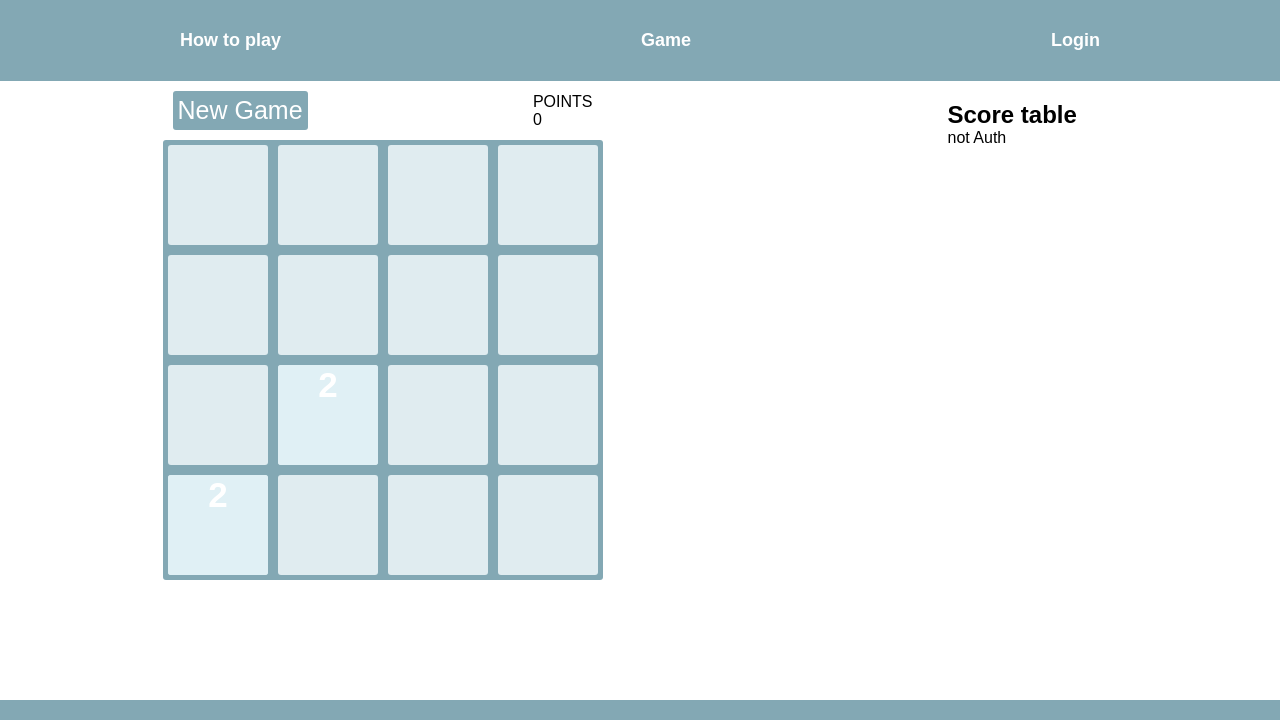
Repository: nika-otter/2048
Page: / (app in client/)
These files come from the project's save history. The page is drawn as it stood at one moment and after the next save; the edit follows.
The browser window is 1280 px wide. The pictures show the whole page.
The project was rebuilt for these pictures with package versions that can differ from the ones it lists, and the page was loaded fresh each time. Also part of the build but not shown: client/src/components/Login/LoginForm.js, client/src/pages/account/index.jsx, client/src/components/Game/GameOverlay.jsx, client/src/components/InstructionPage/InstructionPage.module.scss, client/src/components/HowToPlay/howtoplay.module.scss, client/src/components/HowToPlay/howtoplay.jsx, client/src/components/InstructionPage/InstructionPage.jsx, client/src/pages/Instruction/index.jsx and 4 more.

Above is the page before, as saved 2023-05-01 19:27:45.

### client/src/index.js
import React from "react";
import ReactDOM from "react-dom/client";
import "./index.css";
import App from "./App";
import { BrowserRouter } from "react-router-dom";
import Store from "./store/store";

const store = new Store();

export const Context = React.createContext({
  store,
});

const root = ReactDOM.createRoot(document.getElementById("root"));
root.render(
  <Context.Provider value={{ store }}>
    <BrowserRouter>
      <App />
    </BrowserRouter>
  </Context.Provider>
);

### client/src/index.css
* {
  box-sizing: border-box;
  margin: 0;
  padding: 0;
}
#root {
  width: 100vw;
  height: 100%;
}

body {
  /* background-color: #ffffff;
  display: flex;
  justify-content: center;
  align-items: center;*/
  /* height: 100vh; */
  height: 100%;
}
html {
  height: 100%;
}
code {
  font-family: source-code-pro, Menlo, Monaco, Consolas, "Courier New",
    monospace;
}

### client/src/App.js
import { useContext, useEffect, useState } from "react";
import "./App.css";
import LoginForm from "./components/Login/LoginForm";
import AppRouter from "./router/AppRouter";
import { Context } from "./index";
import { observer } from "mobx-react-lite";
import UserService from "./services/UserService";
function App() {
  // const { store } = useContext(Context);
  // const [users, setUsers] = useState([]);
  // useEffect(() => {
  //   if (localStorage.getItem("token")) {
  //     // console.log(localStorage.getItem("token"));
  //     store.checkAuth();
  //   }
  // }, []);

  // if (store.isLoading) {
  //   return <div>Loading...</div>;
  // }
  // async function getUsers() {
  //   try {
  //     const response = await UserService.fetchUsers();
  //     setUsers(response.data);
  //     console.log(response);
  //     setUsers(response.data);
  //   } catch {}
  // }
  return (
    <div className="App">
      <AppRouter />
      {/* <h1>{store.isAuth ? `User: ${store.user.email}` : "Not Auth"}</h1>
      <h1>
        {" "}
        {store.user.isActivated ? `Activated` : "Go and activate your email"}
      </h1>
      <button onClick={() => store.logout()}>Logout</button>
      <button onClick={getUsers}>Get users</button>
      {users.map((user) => (
        <div key={user.email}>{user.email}</div>
      ))}      */}
      {/* <LoginForm /> */}
    </div>
  );
}

export default observer(App);

### client/src/store/store.js
import { makeAutoObservable } from "mobx";
import AuthService from "../services/AuthService";
import axios from "axios";
import { API_URL } from "../http";
import UserService from "../services/UserService";

export default class Store {
  user = {};
  isAuth = false;
  isLoading = false;
  scores = {};
  constructor() {
    makeAutoObservable(this);
  }
  setAuth(bool) {
    this.isAuth = bool;
  }
  setUser(user) {
    this.user = user;
  }

  setLoading(bool) {
    this.isLoading = bool;
  }

  setScores(scores) {
    this.scores = scores;
  }

  async login(email, password) {
    console.log("login");
    try {
      const response = await AuthService.login(email, password);
      console.log(response);
      localStorage.setItem("token", response.data.accessToken);
      this.setAuth(true);
      this.setUser(response.data.user);
      console.log(response.data.user);
    } catch (e) {
      console.log(e.response?.data?.message);
    }
  }

  async registration(email, password) {
    try {
      const response = await AuthService.registration(email, password);
      console.log(response);
      localStorage.setItem("token", response.data.accessToken);
      this.setAuth(true);
      this.setUser(response.data.user);
    } catch (e) {
      console.log(e.response?.data?.message);
    }
  }

  async logout() {
    try {
      const response = await AuthService.logout();
      console.log(response);
      localStorage.removeItem("token", response.data.accessToken);
      this.setAuth(false);
      this.setUser({});
    } catch (e) {
      console.log(e.response?.data?.message);
    }
  }

  async checkAuth() {
    console.log("checkAuth");
    this.setLoading(true);
    try {
      const response = await axios.get(`${API_URL}/refresh`, {
        withCredentials: true,
      });
      console.log(response, "response checkAuth");
      console.log(
        response.data.accessToken,
        "response.data.accessToken checkAuth"
      );
      localStorage.setItem("token", response.data.accessToken);

      this.setAuth(true);
      this.setUser(response.data.user);
    } catch (e) {
      console.log(e.response?.data?.message);
    } finally {
      this.setLoading(false);
    }
  }

  async saveScore(email, score) {
    try {
      const response = await UserService.updateScore(email, score);
      //   this.scores = response.data.user.scores;
      console.log(response.data.user.scores);
    } catch (e) {
      console.log(e.response?.data?.message);
    }
  }
  async getScores(email) {
    this.setLoading(true);
    try {
      const response = await UserService.getScores(email);
      console.log(response, "response getScores store");
      this.setScores(response.data.user.scores);
      //   console.log(response.data.user.scores);
    } catch (e) {
      console.log(e.response?.data?.message);
    } finally {
      // this.setLoading(false);
    }
  }
}

### client/src/App.css
.App {
  /* position: relative; */
  display: flex;
  flex-direction: column;
  height: 100%;
  /* background-color: rgb(188, 121, 39); */
}
/* main {
  flex: 1 0 auto;
} */

### client/src/router/AppRouter.jsx
import { Routes, Route } from "react-router-dom";
import Account from "../pages/Account";
import Game from "../pages/Game";
import Instruction from "../pages/Instruction";
import Login from "../pages/Login";

const AppRouter = () => {
  return (
    <Routes>
      {/* <Route path="/game" element={<Game />} /> */}
      {/* <Route path="/account" element={<Account />} /> */}
      <Route path="/how-to-play" element={<Instruction />} />
      <Route path="/" element={<Game />} />
      <Route path="/login" element={<Login />} />
    </Routes>
  );
};

export default AppRouter;

### client/src/services/UserService.js
import $api from "../http";
export default class UserService {
  static fetchUsers() {
    return $api.get("/users");
  }

  static updateScore(email, score) {
    return $api.post(`/score`, { email, score });
  }

  static async getScores(email) {
    return $api.post(`/scores`, { email });
  }
}

### client/src/services/AuthService.js
import $api from "../http";
export default class AuthService {
  static async login(email, password) {
    return $api.post("/login", { email, password });
  }
  static async registration(email, password) {
    return $api.post("/registration", { email, password });
  }
  static async logout() {
    return $api.post("/logout");
  }
}

### client/src/http/index.js
import axios from "axios";

export const API_URL = "http://localhost:5000/api";

const $api = axios.create({
  withCredentials: true,
  baseURL: API_URL,
});

$api.interceptors.request.use((config) => {
  config.headers.Authorization = `Bearer ${localStorage.getItem("token")}`;
  return config;
});

$api.interceptors.response.use(
  (config) => {
    return config;
  },
  async (error) => {
    const originalRequest = error.config;
    if (
      error.response.status === 401 &&
      error.config &&
      !error.config._isRetry
    ) {
      originalRequest._isRetry = true;
      try {
        const response = await axios.get(`${API_URL}/refresh`, {
          withCredentials: true,
        });
        console.log(response, "response http");
        localStorage.setItem("token", response.data.accessToken);
        return $api.request(originalRequest);
      } catch (e) {
        console.log(e);
        console.log("НЕ АВТОРИЗОВАН");
      }
    }
    throw error;
  }
);
export default $api;

### client/src/pages/Game/index.jsx
import Header from "../../components/Header/Header";
import Footer from "../../components/Footer/Footer";
import GamePage from "../../components/GamePage/GamePage";

function Game() {
  return (
    <>
      <Header />
      <GamePage />
      <Footer />
    </>
  );
}

export default Game;

### client/src/components/Footer/Footer.jsx
import classes from "./Footer.module.scss";

function Footer() {
  return <footer className={classes.footer}></footer>;
}

export default Footer;

### client/src/components/Header/Header.jsx
import { Link } from "react-router-dom";
import classes from "./Header.module.scss";

function Header() {
  return (
    <header className={classes.header}>
      <Link className={classes.link} to="/how-to-play">
        How to play
      </Link>
      <Link className={classes.link} to="/">
        Game
      </Link>
      <Link className={classes.link} to="/login">
        Login
      </Link>
    </header>
  );
}

export default Header;

### client/src/components/GamePage/GamePage.jsx
import { Link } from "react-router-dom";
import classes from "./GamePage.module.scss";
import ScoreTable from "../ScoreTable/ScoreTable";
import BoardView from "../Game/Board";
import { observer } from "mobx-react-lite";
import { useContext, useEffect } from "react";
import { Context } from "../..";

function GamePage() {
  return (
    <main className={classes.main}>
      <div className={classes.gamepage}>
        <BoardView />
        <ScoreTable />
      </div>
    </main>
  );
}

export default observer(GamePage);

### client/src/components/Footer/Footer.module.scss
.footer {
  flex: 0 0 auto;
  height: 20px;
  background-color: rgb(131, 168, 180);
  width: 100%;
}

### client/src/components/Header/Header.module.scss
.header {
  display: flex;
  justify-content: space-around;
  background-color: #83a8b4;
  width: 100%;
}
.link {
  color: white;
  text-decoration: none;
  font-size: large;
  margin-top: 20px;
  margin-bottom: 20px;
  padding: 10px;
  font-weight: bold;
  border-radius: 5px;
  &:hover {
    color: rgb(106, 134, 144);
    background-color: rgb(255, 255, 255);
  }
}

### client/src/components/GamePage/GamePage.module.scss
.gamepage {
  display: flex;
  justify-content: space-around;
  //   background-color: aquamarine;
}
.main {
  flex: 1 0 auto;
}

### client/src/components/ScoreTable/ScoreTable.jsx
import { useContext, useEffect, useState } from "react";
import classes from "./ScoreTable.module.scss";
import { Context } from "../..";
import UserService from "../../services/UserService";
import { observer } from "mobx-react-lite";

function ScoreTable() {
  // const { store } = useContext(Context);
  // const [scores, setScores] = useState([]);

  // useEffect(() => {
  //   if (localStorage.getItem("token")) {
  //     console.log(localStorage.getItem("token"), "token from login index.jsx");
  //     store.checkAuth();
  //     getScores(store.user.email);
  //   }
  //   console.log(store.user.email, "store.user.email in ScoreTable.jsx");
  // }, []);

  // const getScores = async (email) => {
  //   console.log(email, "email in ScoreTable.jsx");
  //   try {
  //     const response = await UserService.getScores(email);
  //     setScores(response.data.scores, "response from getScores ScoreTable.jsx");
  //     console.log(response);
  //   } catch {
  //     console.log("Error");
  //   }
  // };
  // console.log(scores, "store.user in ScoreTable.jsx");

  const { store } = useContext(Context);
  // const [scores, setScores] = useState([]);
  // console.log(store.user.scores, "store.user from login index.jsx");
  useEffect(() => {
    if (localStorage.getItem("token")) {
      console.log(localStorage.getItem("token"), "token from login index.jsx");
      store.checkAuth();
    }
    console.log(store.user.email, "store.user.email in ScoreTable.jsx");
    // getScores(store.user.email);
  }, [store]);

  // async function getScores(email) {
  //   console.log(email, "email from getScores");
  //   try {
  //     const response = await UserService.getScores(email);
  //     // setUsers(response.data);
  //     console.log(response, "response from getScores");
  //     // console.log(response.data.data.user.scores, "response.data.user.scores");
  //     // setScores(response.data.scores);
  //   } catch (e) {
  //     console.log(e, "Error");
  //   }
  // }
  if (store.isLoading) {
    console.log(store.isLoading, "store.isLoading");
    return <div className={classes.loading}>Loading...</div>;
  }
  return (
    <div className={classes.scoretable}>
      <h2>Score table</h2>
      {/* <button onClick={() => getScores(store.user.email)}>Get scores</button> */}
      {/* {store.isAuth ? (
        scores.map((score) => <div key={score}>{score}</div>)
      ) : (
        <div>loading</div>
      )} */}
      <ul>
        {store.isAuth ? (
          store.user.scores
            .map((score) => ({
              score,
              id: Math.random(),
            }))
            .sort((a, b) => b.score - a.score)
            .slice(0, 10)
            .map((item) => <li key={item.id}>{item.score}</li>)
        ) : (
          <div>not Auth</div>
        )}
      </ul>

      {/* <button onClick={getScores}>dddmdmd</button> */}

      {/* {scores.map((score) => (
        <div>{score}</div>
      ))} */}
    </div>
  );
}

export default observer(ScoreTable);

### client/src/components/Game/Board.jsx
import React, { useContext, useEffect, useState } from "react";
import Tile from "./Tile";
import Cell from "./Cell";
import { Board } from "../../helper";
import useEvent from "../../hooks/useEvent";
import GameOverlay from "./GameOverlay";
import "./Board.scss";
import { Context } from "../..";
import UserService from "../../services/UserService";
const BoardView = () => {
  const { store } = useContext(Context);
  const [board, setBoard] = useState(new Board());

  // useEffect(() => {
  //   const checkAuth = async () => {
  //     if (localStorage.getItem("token")) {
  //       console.log(localStorage.getItem("token"), "token from login index.jsx");
  //       await store.checkAuth();
  //     }
  //   };
  //   checkAuth();
  //   console.log(store.user.email, "store.user.email in ScoreTable.jsx");
  //   // getScores(store.user.email);
  // }, [resetGame]);

  const handleKeyDown = (event) => {
    if (board.hasWon()) {
      console.log("You won!");
      return;
    } //потім вернути треба

    if (event.keyCode >= 37 && event.keyCode <= 40) {
      let direction = event.keyCode - 37;
      let boardClone = Object.assign(Object.create(board), board);
      // let boardClone = Object.assign(
      //   Object.create(Object.getPrototypeOf(board)),
      //   board
      // ); // теж саме що і вище
      let newBoard = boardClone.move(direction);
      setBoard(newBoard);
    }
  };

  useEvent("keydown", handleKeyDown);

  const cells = board.cells.map((row, rowIndex) => {
    return (
      <div key={rowIndex}>
        {row.map((col, colIndex) => {
          return <Cell key={rowIndex * board.size + colIndex} />;
        })}
      </div>
    );
  }); //робить клітинки нічого серйозного

  const tiles = board.tiles
    .filter((tile) => tile.value !== 0)
    .map((tile, index) => {
      return <Tile tile={tile} key={index} />;
    });

  const saveScore = async (email, score) => {
    try {
      const response = await UserService.updateScore(email, score);
      console.log(response, "response from saveScore ");
    } catch {
      console.log("Error");
    }
  };
  const resetGame = async () => {
    console.log(
      store.user.email,
      board.score,
      "store.user.email board.score from BoardView.jsx"
    );
    if (board.score > 0) {
      await saveScore(store.user.email, board.score);
      store.checkAuth();
    }
    setBoard(new Board());
  };

  return (
    <div>
      <div className="details-box">
        <div className="resetButton" onClick={resetGame}>
          New Game
        </div>
        <div className="score-box">
          <div className="score-header">POINTS</div>
          <div>{board.score}</div>
        </div>
      </div>
      <div className="board">
        {cells}
        {tiles}
        <GameOverlay onRestart={resetGame} board={board} />
      </div>
    </div>
  );
};

export default BoardView;

### client/src/components/ScoreTable/ScoreTable.module.scss
.scoretable {
  margin: 20px;
  width: 150px;
}
.loading {
  width: 150px;
  margin: 20px;
}

### client/src/components/Game/Tile.jsx
import React from "react";
// import classes from "./Board.scss";
import "./Board.scss";
// import "./styles.scss";

const Tile = ({ tile, id }) => {
  console.log("tile");
  let classArray = ["tile"];
  classArray.push("tile" + tile.value);
  if (!tile.mergedInto) {
    classArray.push(`position_${tile.row}_${tile.column}`);
  }
  if (tile.mergedInto) {
    classArray.push("merged");
  }
  if (tile.isNew()) {
    classArray.push("new");
  }

  if (tile.hasMoved()) {
    classArray.push(`row_from_${tile.fromRow()}_to_${tile.toRow()}`);
    classArray.push(`column_from_${tile.fromColumn()}_to_${tile.toColumn()}`);
    classArray.push("isMoving");
  }
  //   if (tile.isRandom()) {
  //     classArray.push("random");
  //   }

  let styles = classArray.join(" ");
  return <span className={styles}>{tile.value}</span>;
};

export default Tile;

### client/src/components/Game/Cell.jsx
import React from "react";

const Cell = ({ id }) => {
  return <span className="cell"></span>;
};

export default Cell;

### client/src/hooks/useEvent.jsx
import { useEffect } from "react";

export default function useEvent(event, handler, passive = false) {
  useEffect(() => {
    window.addEventListener(event, handler, passive);

    return function cleanUp() {
      window.removeEventListener(event, handler, passive);
    };
  });
}

### client/src/components/Game/Board.scss
// @font-face {
//   font-family: "Clear Sans";
//   src: url("../src/clear-sans.ttf") format("truetype");
// }

body {
  display: flex;
  //   background: rgb(2,0,36);
  // background: linear-gradient(90deg, rgba(2,0,36,1) 0%, rgba(87,64,124,1) 47%, rgba(0,212,255,1) 100%);
  //   color: white;
  // flex-direction: column;
  // justify-content: center;
  // align-content: center;
  // align-items: center;
  font-family: "Clear Sans", sans-serif;
  // font-size: 21px;
}

.text {
  // order: 2;
  // padding-top: 40px;
  // width: 440px;
  // font-weight: bold;
}
// main {
//   min-height: 90vh;
// }

// .wrapper {
//   display: flex;
//   flex-direction: column;
//   height: 100%;
// }
// .content {
//   flex: 1 0 auto;
// }
// .footer {
//   flex: 0 0 auto;
// }

.board {
  // order: 1;
  // display: inline-block;

  display: block;
  // justify-content: center;
  margin-left: auto;
  margin-right: auto;
  width: 440px;
  height: 440px;
  // padding: 5px; //вернути треба
  background-color: rgb(131, 168, 180);
  border-radius: 3px;
  // outline: none;
  position: relative;
}

// .board .cell,
// .tile {
//   // user-select: none;
//   // cursor: default;
// }

.details-box {
  display: flex;
  align-items: center;
  padding: 10px;
  justify-content: space-between;
}

.resetButton {
  background-color: rgb(131, 168, 180);
  color: rgb(255, 255, 255);
  cursor: pointer;
  font-size: 25px;
  padding: 5px;
  border-radius: 3px;
  transition: color 0.3s ease, background-color 0.3s ease;
  &:hover {
    background-color: rgb(131, 168, 180);
    color: rgba(255, 255, 255, 1);
  }
}

.score-header {
  font-size: 1rem;
}

.score-box {
  background-color: rgb(131, 168, 180) 6;
  color: rgb(0, 0, 0);
  // min-width: 50px;
  // width: 70px;
  // padding: 5px 15px;
  border-radius: 3px;
}

.cell,
.tile {
  // display: inline-block;
  width: 100px;
  height: 100px;
  margin: 5px;
  // line-height: 90px;
  display: inline-block;
  font-size: 35px;
  font-weight: bold;
  text-align: center;
  vertical-align: middle;
  border-radius: 3px;
  // font-family: "Clear Sans";
  color: rgb(255, 255, 255);
  background-color: rgb(224, 236, 240);
}

.tile0 {
  background-color: rgb(238, 247, 249);
}

.tile2 {
  background-color: rgb(224, 240, 245);
  // background-image: url(./assets/img/2.gif);
}

.tile4 {
  background-color: rgb(199, 221, 228);
  // background-image: url(./assets/img/4.gif);
}

.tile8 {
  background-color: rgb(187, 212, 220);
  // background-image: url(./assets/img/8.gif);
}

.tile16 {
  background-color: rgb(171, 195, 203);
  // background-image: url(./assets/img/16.gif);
}

.tile32 {
  background-color: rgb(140, 165, 174);
  // background-image: url(./assets/img/32.gif);
}

.tile64 {
  background-color: rgb(116, 144, 153);
  // background-image: url(./assets/img/64.gif);
}

.tile128 {
  background-color: rgb(98, 125, 134);
  // background-image: url(./assets/img/128.gif);
}

.tile256 {
  background-color: rgb(71, 91, 98);
  // background-image: url(./assets/img/256.gif);
  // font-size: 45px;
}

.tile512 {
  background-color: rgb(45, 68, 75);
  // background-image: url(./assets/img/512.gif);
  // font-size: 45px;
}

.tile1024 {
  background-color: rgb(40, 68, 78);
  // background-image: url(./assets/img/1024.gif);
  // font-size: 35px;
}

.tile2048 {
  position: absolute;
  background-size: contain;
  left: 0;
  right: 0;
  top: 0;
  bottom: 0;
  padding: 0px;
  background-color: rgb(12, 42, 52);
  // background-image: url(./assets/img/2048.gif);
  // font-size: 35px;
}

// .try-again {
//   z-index: 10;
//   height: 100px;
//   width: 100px;
//   // background-image: url(./assets/img/try-again.gif);
// }

.tile {
  position: absolute;
}

.tile.merged {
  display: none;
}

// .tile.merged.isMoving {
//   display: inline;
// }

.tile.new {
  animation-duration: 0.3s;
  animation-name: newTile;
  animation-fill-mode: forwards;
  // animation-delay: 0.15s;
  transform: scale(0);
}
// .tile.random {
//   animation-duration: 3s;
//   animation-name: newTile;
//   animation-fill-mode: forwards;
//   // animation-delay: 0.15s;
//   transform: scale(0);
// }

@keyframes newTile {
  from {
    transform: scale(0);
  }
  to {
    transform: scale(1);
  }
}

// .overlay {
//   position: absolute;
//   top: 0px;
//   bottom: 0px;
//   display: flex;
//   flex-direction: column;
//   align-items: center;
//   justify-content: center;
//   text-align: center;
//   left: 0px;
//   right: 0px;
//   font-size: 55px;
//   font-weight: bolder;
//   border-radius: 7px;
// }

// .tryAgain {
//   background-color: #876;
//   color: #fff;
//   height: 40px;
//   width: 200px;
//   font-size: 20px;
//   font-weight: bold;
//   cursor: pointer;
//   border: none;
//   border-radius: 5px;
//   border: 2px solid white;
// }

// .gameOver {
//   background-size: contain;
//   background-image: url(./assets/img/game-over.gif);
//   position: absolute;
//   top: 0;
//   right: 0;
//   bottom: 0;
//   left: 0;
//   z-index: 100;
//   text-align: center;
// }

.overlay .message {
  color: #666;
}

@for $row from 0 through 3 {
  @for $column from 0 through 3 {
    .position_#{$row}_#{$column}:not(.isMoving) {
      top: 110px * $row;
      left: 110px * $column;
    }
  }
}

@for $fromRow from 0 through 3 {
  @for $toRow from 0 through 3 {
    $name: row_from_#{$fromRow}_to_#{$toRow};

    @if $fromRow == $toRow {
      .#{$name} {
        top: 110px * $toRow;
      }
    } @else {
      .#{$name} {
        animation-duration: 0.2s;
        animation-name: $name;
        animation-fill-mode: forwards;
      }

      @keyframes #{$name} {
        from {
          top: 110px * $fromRow;
        }
        to {
          top: 110px * $toRow;
        }
      }
    }
  }
}

@for $fromColumn from 0 through 3 {
  @for $toColumn from 0 through 3 {
    $name: column_from_#{$fromColumn}_to_#{$toColumn};

    @if $fromColumn == $toColumn {
      .#{$name} {
        left: 110px * $toColumn;
      }
    } @else {
      .#{$name} {
        animation-duration: 0.2s;
        animation-name: $name;
        animation-fill-mode: forwards;
      }

      @keyframes #{$name} {
        from {
          left: 110px * $fromColumn;
        }
        to {
          left: 110px * $toColumn;
        }
      }
    }
  }
}

Loaded but not shown: client/public/index.html (common file); client/src/helper/index.js (231 lines, source omitted)

After the next save:
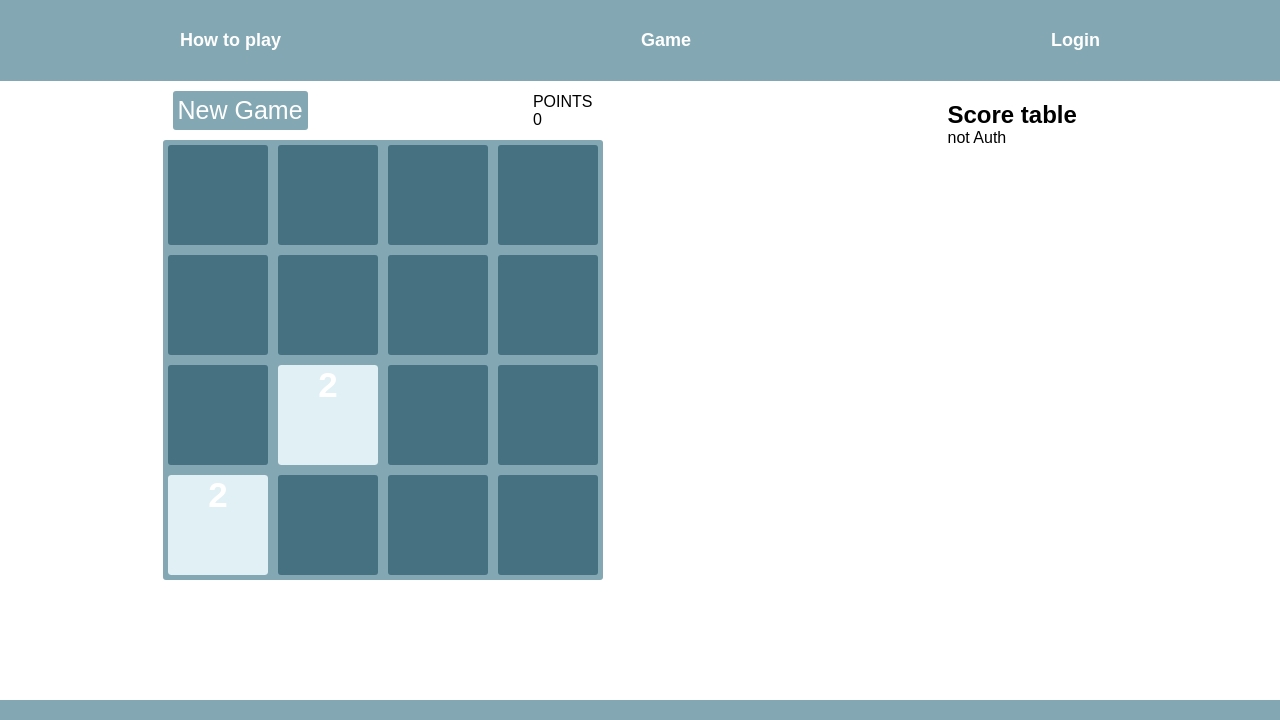
Saved 59 s later.
--- a/client/src/components/Game/Board.scss
+++ b/client/src/components/Game/Board.scss
@@ -110,7 +110,12 @@ body {
   border-radius: 3px;
   // font-family: "Clear Sans";
   color: rgb(255, 255, 255);
+
   background-color: rgb(224, 236, 240);
+}
+
+.cell {
+  background-color: rgb(69, 113, 128);
 }
 
 .tile0 {
